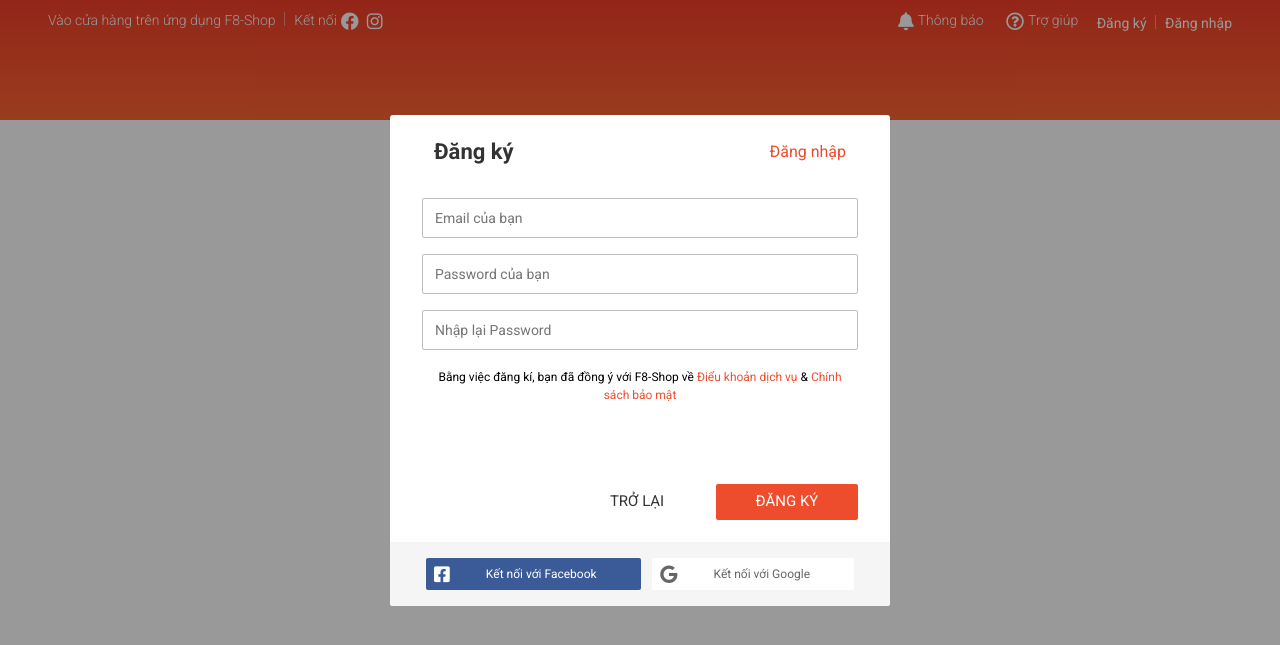
Repository: tvhoangit/tvhoangit.github.io
Page: Shoppe/index.html
These files come from the project's save history. The page is drawn as it stood at one moment and after the next save; the edit follows.
The browser window is 1280 px wide. The pictures show the whole page.

Above is the page before, as saved 2021-10-17 14:27:09.

### Shoppe/index.html
<!DOCTYPE html>
<html lang="en">
<head>
    <meta charset="UTF-8">
    <meta http-equiv="X-UA-Compatible" content="IE=edge">
    <meta name="viewport" content="width=device-width, initial-scale=1.0">
    <title>Document</title>
    <link rel="stylesheet" href="https://cdnjs.cloudflare.com/ajax/libs/normalize/8.0.1/normalize.min.css">
    <link rel="stylesheet" href="./assets/css/base.css">
    <link rel="stylesheet" href="./assets/css/main.css">
    <link rel="stylesheet" href="./assets/fonts/fontawesome-free-5.15.4-web/fontawesome-free-5.15.4-web/css/all.min.css">
    <link href="https://fonts.googleapis.com/css2?family=Open+Sans&family=Roboto:wght@300;400;500;700;900&display=swap" rel="stylesheet">
</head>
<body>

    <div class="app">
        <header class="header">
            <div class="grid">
                <nav class="header__navbar">
                    <ul class="header__navbar-list">
                        <li class="header__navbar-item header__navbar-item--qr header__navbar-item--separate">
                            Vào cửa hàng trên ứng dụng F8-Shop
                            <div class="header__qr">
                                <img src="./assets/img/QR.png" alt="QR code" class="header__qr-img">
                                <div class="header__qr-apps">
                                    <a href="" class="header__qr-link">
                                        <img src="./assets/img/gg_play.jpg" alt="GG Play" class="header__qr-dowload-img">
                                    </a>
                                    <a href="" class="header__qr-link">
                                        <img src="./assets/img/apstore.jpg" alt="ApStore" class="header__qr-dowload-img">
                                    </a>
                                </div>
                            </div>
                        </li>
                        <li class="header__navbar-item">
                            <span class="header__navbar-title--no-pointer">Kết nối</span>
                            <a href="" class="header__navbar-icon-link">
                                <i class="header__navbar--icon fab fa-facebook"></i>
                            </a>
                            <a href="" class="header__navbar-icon-link">
                                <i class="header__navbar--icon fab fa-instagram"></i>
                            </a>
                        </li>
                    </ul>

                    <ul class="header__navbar-list">
                        <li class="header__navbar-item header__navbar-item--has-notify">
                            <i class="header__navbar--icon fas fa-bell"></i>
                            <a href="" class="header__navbar-item-link">Thông báo</a>
                            <div class="header__notify">
                                <header class="header__notify--header">
                                    <h3>Thông báo mới nhận</h3>
                                </header>
                                <ul class="header__notify-list">
                                    <li class="header__notify-item header__notify-item--viewed">
                                        <a href="" class="header__notify-link">
                                            <span>
                                                <img src="./assets/img/myphamohui.png" alt="" class="header__notify-img">
                                            </span>
                                            <div class="header__notify-info">
                                                <span class="header__notify-name">Mỹ phẩm Ohui chính hãng</span>
                                                <span class="header__notify-description">Mô tả</span>
                                            </div>
                                        </a>
                                    </li>
                                    <li class="header__notify-item">
                                        <a href="" class="header__notify-link">
                                            <span>
                                                <img src="./assets/img/myphamohui.png" alt="" class="header__notify-img">
                                            </span>
                                            <div class="header__notify-info">
                                                <span class="header__notify-name">Mỹ phẩm Ohui chính hãng</span>
                                                <span class="header__notify-description">Mô tả</span>
                                            </div>
                                        </a>
                                    </li>
                                    <li class="header__notify-item">
                                        <a href="" class="header__notify-link">
                                            <span>
                                                <img src="./assets/img/myphamohui.png" alt="" class="header__notify-img">
                                            </span>
                                            <div class="header__notify-info">
                                                <span class="header__notify-name">Mỹ phẩm Ohui chính hãng</span>
                                                <span class="header__notify-description">Mô tả</span>
                                            </div>
                                        </a>
                                    </li>
                                </ul>
                                <div class="header__notify-footer">
                                    <a href="" class="header__notify-footer-btn">Xem tất cả</a>
                                </div>
                            </div>
                        </li>
                        <li class="header__navbar-item">
                            <i class="header__navbar--icon far fa-question-circle"></i>
                            <a href="" class="header__navbar-item-link">Trợ giúp</a>
                        </li>
                        <li class="header__navbar-item header__navbar-item--strong header__navbar-item--separate">Đăng ký</li>
                        <li class="header__navbar-item header__navbar-item--strong">Đăng nhập</li>
                    </ul>
                </nav>
            </div>
        </header>
    </div>
    <div class="container">


    </div>
    <div class="footer">

    </div>


    <!-- Form Đăng ký đăng nhập -->
    <div class="modal">
        <div class="modal__overlay">

        </div>
        <div class="modal__body">
                <!-- authen form -->
            <div class="auth-form">
                <div class="auth-form__container">
                    <div class="auth-form__header">
                        <h3 class="auth-form__heading">Đăng ký</h3>
                        <span class="auth-form__switch-btn">Đăng nhập</span>
                    </div>
                    <div class="auth-form__form">
                        <div class="auth-form__group">
                            <input type="text" class="auth-form__input" placeholder="Email của bạn">
                        </div>
                        <div class="auth-form__group">
                            <input type="password" class="auth-form__input" placeholder="Password của bạn">
                        </div>
                        <div class="auth-form__group">
                            <input type="password" class="auth-form__input" placeholder="Nhập lại Password">
                        </div>
                    </div>
                    <div class="auth-form__aside">
                        <p class="auth-form__policy-text">
                            Bằng việc đăng kí, bạn đã đồng ý với F8-Shop về
                            <a href="" class="auth-form__text-link">Điểu khoản dịch vụ </a>&
                            <a href="" class="auth-form__text-link">Chính sách bảo mật</a>
                        </p>
                    </div>
                    <div class="auth-form__controls">
                        <button class="btn auth-form__controls-back btn-normal">TRỞ LẠI</button>
                        <button class="btn btn--primary">ĐĂNG KÝ</button>
                    </div>
                </div>
                <div class="auth-form__socials">
                    <a href="" class="btn btn--size-s btn--width-icon auth-form__socials--facebook">
                        <i class="auth-form__socials-icon fab fa-facebook-square"></i>
                        <span class="auth-form__socials-title">
                            Kết nối với Facebook
                        </span>
                    </a>
                    <a href="" class="btn btn--size-s btn--width-icon auth-form__socials--google">
                        <i class="auth-form__socials-icon fab fa-google"></i>
                        <span class="auth-form__socials-title">
                            Kết nối với Google
                        </span>
                    </a>
                </div>
            </div>
        </div>
    </div>

</body>
</html>

### Shoppe/assets/css/base.css
:root{
    --primary-color: #EE4D2D;
    --white-color: #fff;
    --black-color: #000;
    --text-color: #333;
    --border-color: #bdbdbd;
}

*{
    box-sizing: inherit;
}

html{
    font-size: 62.5%;
    line-height: 1.6rem;
    font-family: 'Roboto', sans-serif;
    box-sizing: border-box;
}

.grid{
    width: 1200px;
    max-width: 100%;
    margin: 0 auto;
}

.grid__full-width{
    width: 100%;
}

.grid__row{
    display: flex;
    flex-wrap: wrap;
}

/* Animation */
@keyframes fadeIn {
    from {
        opacity: 0;
    }
    to {
        opacity: 1;
    }
}
/* Modal */
.modal {
    position: fixed;
    top: 0;
    right: 0;
    bottom: 0;
    left: 0;
    display: flex;
}
.modal__overlay {
    position: absolute;
    width: 100%;
    height: 100%;
    background-color: rgba(0, 0, 0, 0.4);
}
.modal__body {
    margin: auto;
    position: relative;
    z-index: 1;
}

/* button style */
.btn {
    min-width: 142px;
    height: 36px;
    text-decoration: none;
    border: none;
    border-radius: 2px;
    font-size: 1.5rem;
    padding: 0 12px;
    background-color: var(--white-color);
    outline: none;
    cursor: pointer;
    color: var(--text-color);
    display: flex;
    align-items: center;
    justify-content: center;
}
.btn.btn-normal:hover {
    background-color: rgba(0, 0, 0, 0.05);
}
.btn.btn--size-s{
    height: 32px;
    font-size: 1.2rem;
    padding: 0 8px;
}
.btn.btn--primary {
    background-color: var(--primary-color);
    color: var(--white-color);
}
.btn.btn--disabled {
    color: #949494;
    cursor: default;
    background-color: #c3c3c3;
}

### Shoppe/assets/css/main.css
.header {
    height: 120px;
    background-image: linear-gradient(0, #fe6433, #f53e28);
}
.header__navbar {
    display: flex;
    justify-content: space-between;
    padding-top: 8px;
}
.header__navbar-list {
    list-style: none;
    padding-left: 0;
    margin-top: 4px;
}
.header__navbar-item {
    display: inline-block;
    margin: 0 8px 0px 8px;
    position: relative;
    min-height: 26px;
}
.header__navbar-item--qr:hover .header__qr {
    display: block;
}
.header__navbar-item--has-notify:hover .header__notify {
    display: block;
}
.header__navbar-item,
.header__navbar-item-link {
    font-size: 1.4rem;
    color: var(--white-color);
    text-decoration: none;
    font-weight: 300;
}
.header__navbar-item:hover,
.header__navbar-icon-link:hover,
.header__navbar-item-link:hover {
    color: rgba(255, 255, 255, 0.7);
    cursor: pointer;
}
.header__navbar-item,
.header__navbar-item-link,
.header__navbar-icon-link{
    display: inline-flex;
    text-align: center;
}
.header__navbar-item--strong {
    font-weight: 400;
}
.header__navbar-item--separate::after {
    content: "";
    display: block;
    position: absolute;
    border-left: 1px solid #FB9086;
    height: 14px;
    right: -9px;
    top: 25%;
    transform: translateY(-50%);
}
.header__navbar-icon-link {
    color: var(--white-color);
    text-decoration: none;
}
.header__navbar--icon {
    font-size: 1.8rem;
    margin: 0 4px;
}
.header__navbar-title--no-pointer {
    cursor: text;
    color: var(--white-color);
}
.header__qr {
    width: 186px;
    background-color: var(--white-color);
    position: absolute;
    left: 0;
    top: 100%;
    padding: 8px;
    border-radius: 2px;
    display: none;
    animation: fadeIn ease 0.3s;
}
.header__qr-img {
    width: 100%;
}
.header__qr-apps {
    display: flex;
    justify-content: space-between;
}
.header__qr-link {
    margin: 0px 11px;
}
.header__qr-dowload-img {
    height: 15px;
}

/* Header notification */
.header__notify {
    position: absolute;
    top: 100%;
    width: 404px;
    right: 0;
    border: 1px solid #D3D3D3;
    background-color: var(--white-color);
    cursor: default;
    /* lấy tâm để dịch chuyển */
    transform-origin: calc(100% - 20px) top;
    animation: headerNotifyGrowth ease-in 0.2s;
    /* nói cho web biết thuộc tính gì sẽ thay đổi để tối ưu hơn */
    will-change: opacity, transform;
    display: none;
}
.header__notify::before {
    content: "";
    border-width: 20px 27px;
    border-style: solid;
    border-color: transparent transparent var(--white-color) transparent;
    position: absolute;
    right: 4px;
    top: -30px;
}
@keyframes headerNotifyGrowth {
    from {
        opacity: 0;
        transform: scale(0);
    }
    to {
        opacity: 1;
        transform: scale(1);
    }
}
.header__notify--header {
    height: 40px;
    background-color: var(--white-color);
    margin-top: -15px;
}
.header__notify--header h3 {
    color: #999;
    margin-right: 237px;
    font-weight: 400;
    font-size: 1.5rem;
    line-height: 40px;

}
.header__notify-list {
    padding-left: 0;
}
.header__notify-item {
    display: flex;
}
.header__notify-item:hover {
    background-color: #f7f7f7;
}
.header__notify-item--viewed {
    background-color: rgba(238,75,43,0.08);
}
.header__notify-link {
    display: flex;
    width: 100%;
    padding: 12px;
    text-decoration: none;
}
.header__notify-img {
    width: 48px;
}
.header__notify-info {
    margin-left: 12px;
}
.header__notify-name {
    display: block;
    font-size: 1.4rem;
    color: var(--text-color);
    font-weight: 400;
    line-height: 1.8rem;
}
.header__notify-description {
    display: block;
    font-size: 1.2rem;
    line-height: 1.6rem;
    color: #756F6E;
    text-align: left;
    margin-top: 4px;;
}
.header__notify-footer {
    height: 40px;
}
.header__notify-footer-btn {
    text-decoration: none;
    line-height: 40px;
    color: var(--text-color);
    padding: 8px 32px;
    font-weight: 400;
}

/* Authen modal */
.auth-form {
    width: 500px;
    border-radius: 3px;
    overflow: hidden;
    background-color: var(--white-color);
}
.auth-form__container {
    padding: 0 32px;
}
.auth-form__header {
    display: flex;
    align-items: center;
    justify-content: space-between;
    margin-top: 7px;
    padding: 0 12px;
}
.auth-form__heading {
    font-size: 2.2rem;
    font: weight 400px;
    color: var(--text-color);
}
.auth-form__switch-btn {
    font-size: 1.6rem;
    color: var(--primary-color);
    font-weight: 400;
    cursor: pointer;
}
.auth-form__form {
}
.auth-form__input {
    width: 100%;
    height: 40px;
    margin-top: 16px;
    padding: 0 12px;
    font-size: 1.4rem;
    border: 1px solid var(--border-color);
    border-radius: 2px;
    outline: none;
}
.auth-form__input:focus {
    border-color: #888;
}
.auth-form__aside {
    margin-top: 18px;
}
.auth-form__policy-text {
    font-size: 1.2rem;
    line-height: 1.8rem;
    text-align: center;
    padding: 0 12px;
}
.auth-form__text-link {
    text-decoration: none;
    color: var(--primary-color);
}
.auth-form__controls {
    margin-top: 80px;
    display: flex;
    justify-content: flex-end;
}
.auth-form__controls-back {
    margin-right: 8px;
}
.auth-form__socials {
    background-color: #F5F5F5;
    padding: 16px 36px;
    display: flex;
    justify-content: space-between;
    margin-top: 22px;
}
.auth-form__socials-icon {
    font-size: 1.8rem;
}
.auth-form__socials--facebook {
    background-color: #3A5A98;
    color: var(--white-color);
}
.auth-form__socials--facebook
.auth-form__socials--icon {
    color: var(--white-color);
}
.auth-form__socials-title {
    margin: 0 36px;
}
.auth-form__socials--google {
    background-color: var(--white-color);
    color: #666;
}

Loaded but not shown: Shoppe/assets/fonts/fontawesome-free-5.15.4-web/fontawesome-free-5.15.4-web/css/all.min.css (library)

After the next save:
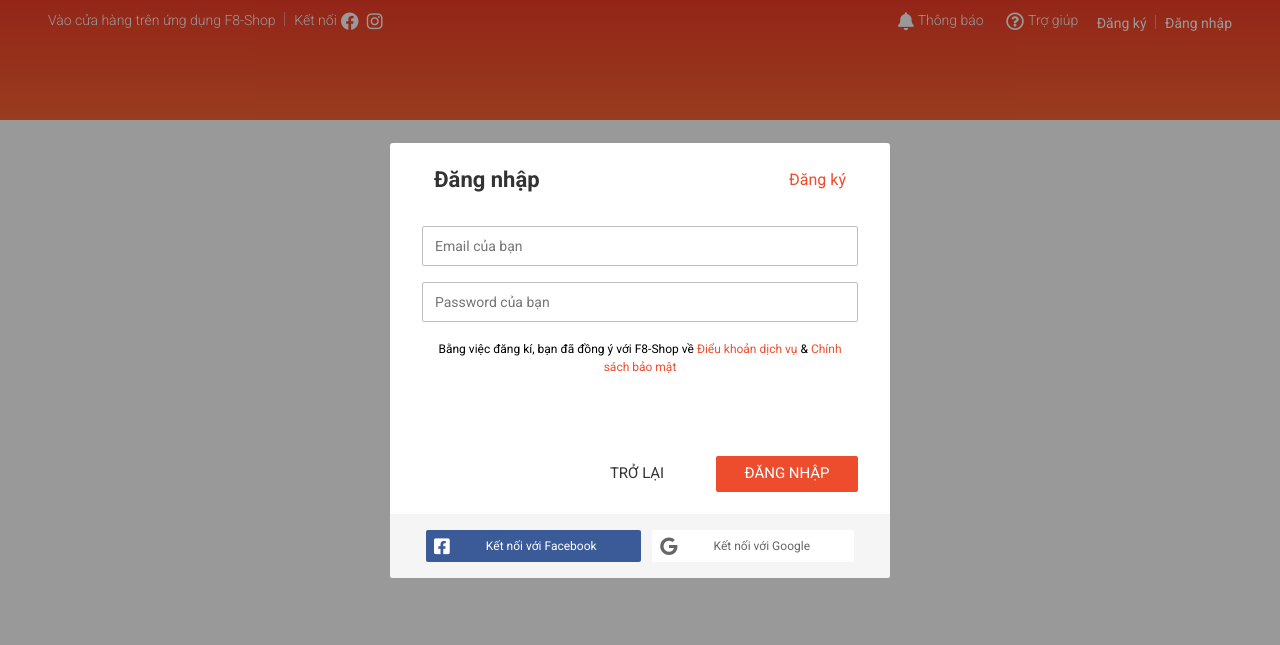
Saved 3 min 20 s later.
--- a/Shoppe/index.html
+++ b/Shoppe/index.html
@@ -117,8 +117,8 @@
 
         </div>
         <div class="modal__body">
-                <!-- authen form -->
-            <div class="auth-form">
+            <!-- Register form -->
+            <!-- <div class="auth-form">
                 <div class="auth-form__container">
                     <div class="auth-form__header">
                         <h3 class="auth-form__heading">Đăng ký</h3>
@@ -161,6 +161,48 @@
                         </span>
                     </a>
                 </div>
+            </div> -->
+
+            <!-- login form -->
+            <div class="auth-form">
+                <div class="auth-form__container">
+                    <div class="auth-form__header">
+                        <h3 class="auth-form__heading">Đăng nhập</h3>
+                        <span class="auth-form__switch-btn">Đăng ký</span>
+                    </div>
+                    <div class="auth-form__form">
+                        <div class="auth-form__group">
+                            <input type="text" class="auth-form__input" placeholder="Email của bạn">
+                        </div>
+                        <div class="auth-form__group">
+                            <input type="password" class="auth-form__input" placeholder="Password của bạn">
+                        </div>                    </div>
+                    <div class="auth-form__aside">
+                        <p class="auth-form__policy-text">
+                            Bằng việc đăng kí, bạn đã đồng ý với F8-Shop về
+                            <a href="" class="auth-form__text-link">Điểu khoản dịch vụ </a>&
+                            <a href="" class="auth-form__text-link">Chính sách bảo mật</a>
+                        </p>
+                    </div>
+                    <div class="auth-form__controls">
+                        <button class="btn auth-form__controls-back btn-normal">TRỞ LẠI</button>
+                        <button class="btn btn--primary">ĐĂNG NHẬP</button>
+                    </div>
+                </div>
+                <div class="auth-form__socials">
+                    <a href="" class="btn btn--size-s btn--width-icon auth-form__socials--facebook">
+                        <i class="auth-form__socials-icon fab fa-facebook-square"></i>
+                        <span class="auth-form__socials-title">
+                            Kết nối với Facebook
+                        </span>
+                    </a>
+                    <a href="" class="btn btn--size-s btn--width-icon auth-form__socials--google">
+                        <i class="auth-form__socials-icon fab fa-google"></i>
+                        <span class="auth-form__socials-title">
+                            Kết nối với Google
+                        </span>
+                    </a>
+                </div>
             </div>
         </div>
     </div>
